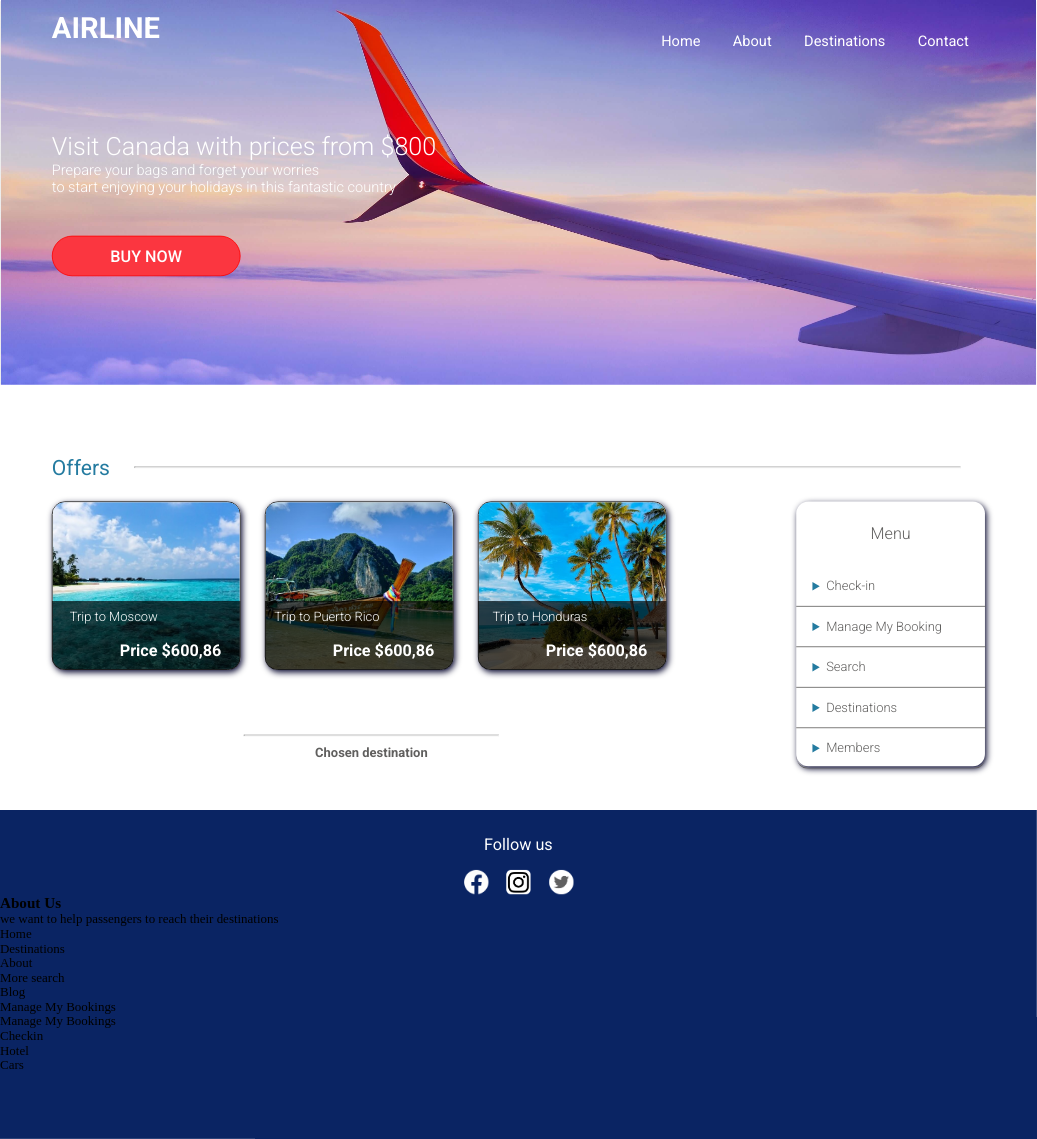
Repository: Cherced/AIRLINES
Page: /
An editor plug-in stored every save of this project. The page is shown before and after the next save, followed by the edit.
The browser window is 1280 px wide. The pictures show the whole page, at 81% of full size.
The project was rebuilt for these pictures with package versions that can differ from the ones it lists, and the page was loaded fresh each time. The framework's server and built-in components were replaced by stand-ins that run in the browser.

Above is the page before, as saved 2022-06-30 16:41:44.

After the next save:
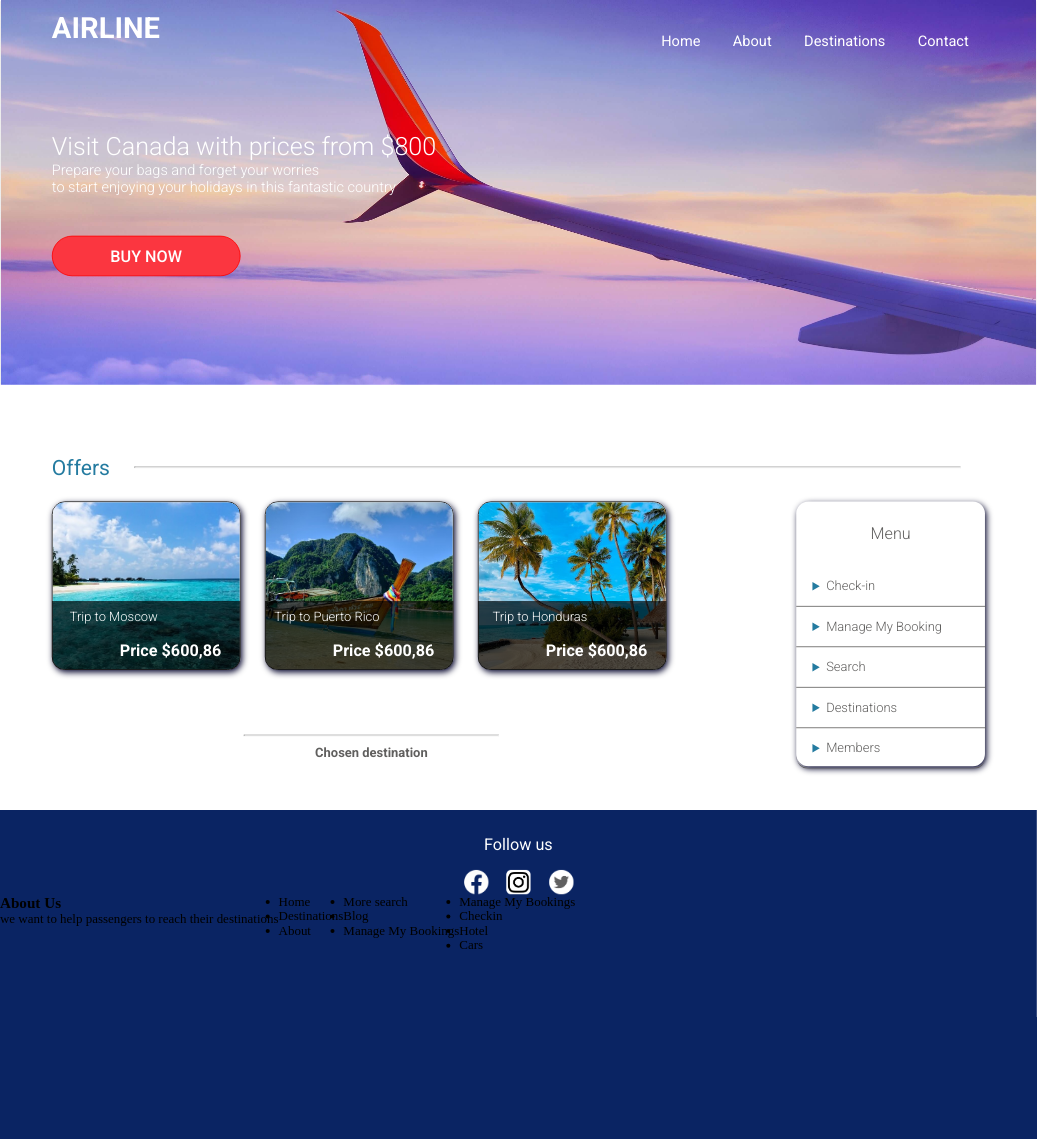
Saved 21 s later.
--- a/sass/Elements/_footer.scss
+++ b/sass/Elements/_footer.scss
@@ -1,4 +1,5 @@
 @import "../components/Footer/socialMedia";
+@import "../components/Footer/moreToUs";
 
 .Footer--Container{
     width: 100%;
